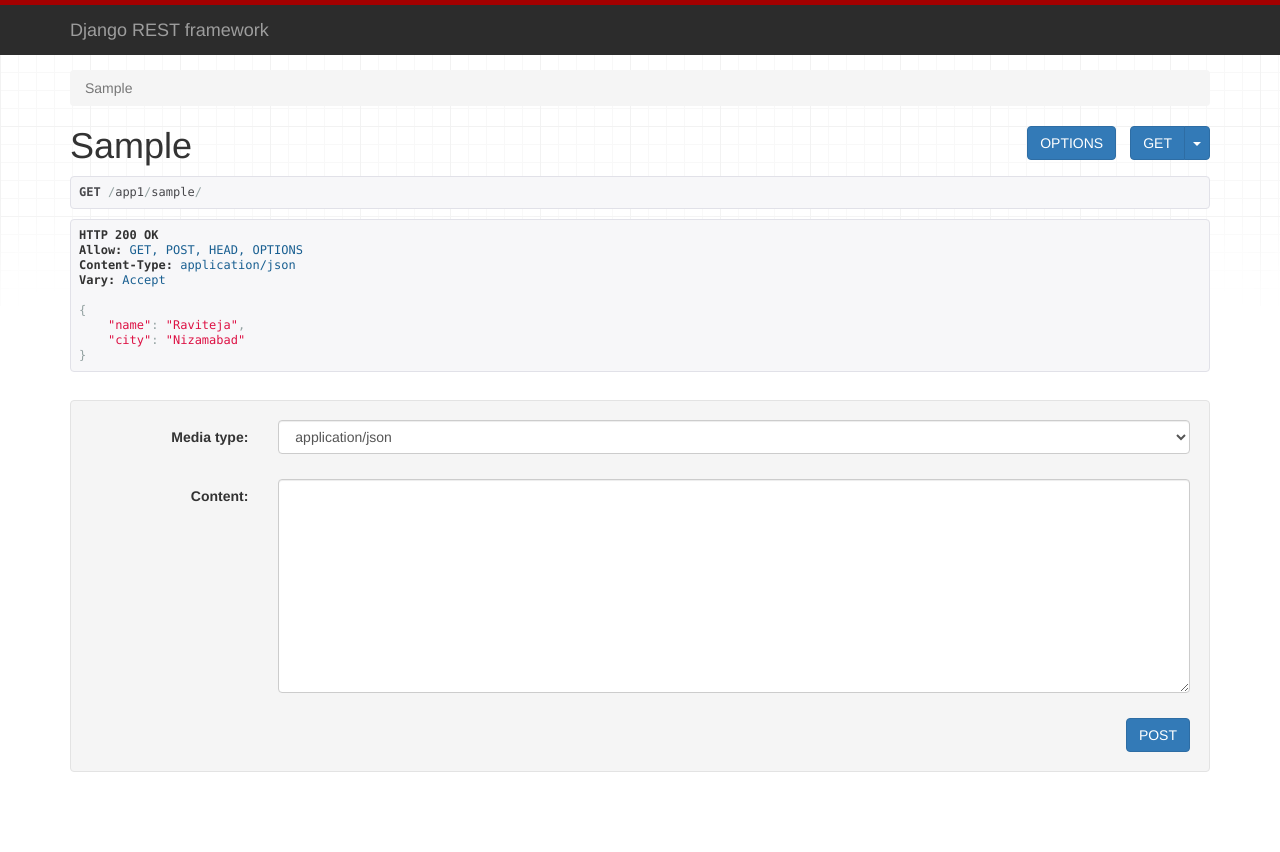
Repository: Raviteja6671/django_drf
Page: http://localhost/app1/sample/
An editor plug-in stored every save of this project. The page is shown before and after a run of saves, followed by the edit.
The browser window is 1280 px wide. The pictures show the whole page.
Backgrounds fixed to the window are drawn as part of the page. The page is served by the project's application, run on Django 5.2 (drf/manage.py).

Above is the page before, as saved 2025-12-27 13:35:30.

After the next 2 saves:
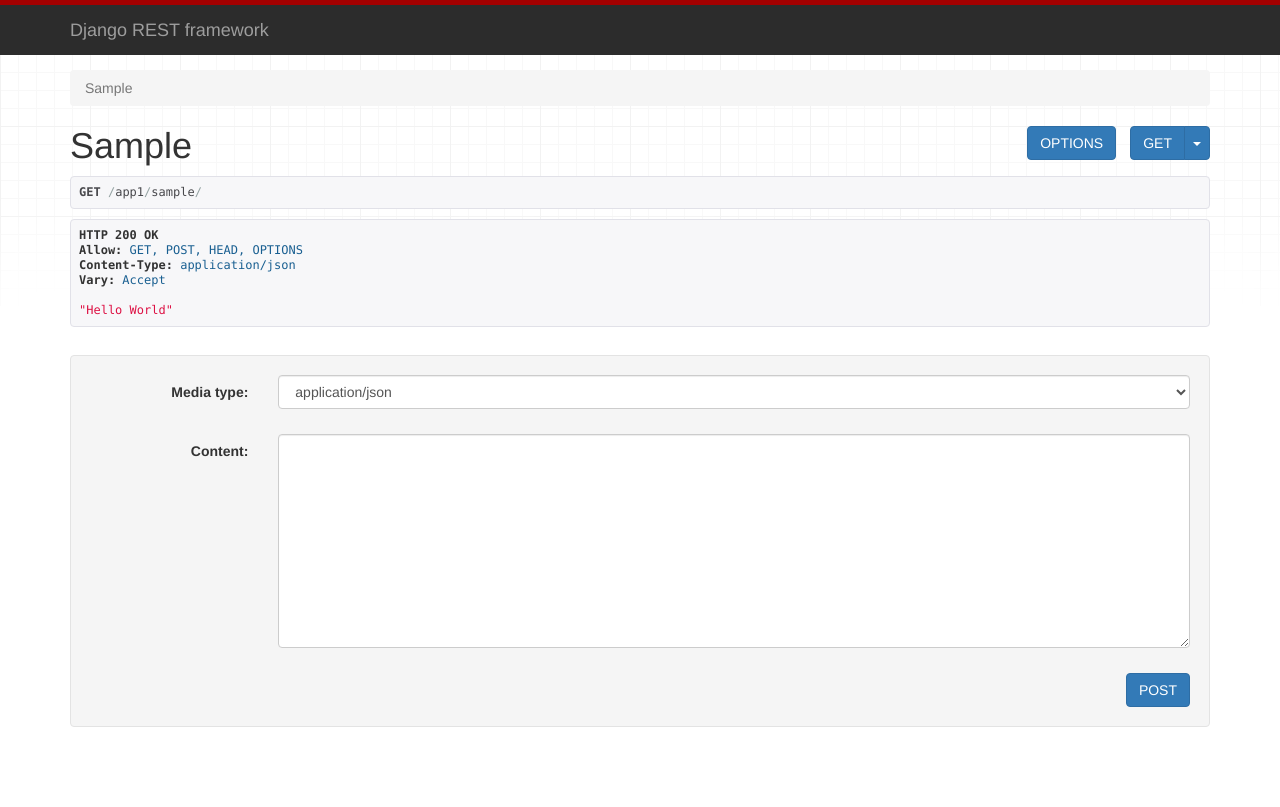
The 2 saves are shown as one change because they came seconds apart.
The last was saved 13 min 9 s later.
--- a/drf/app1/views.py
+++ b/drf/app1/views.py
@@ -13,8 +13,8 @@ from .serializers import SongsSerializer,UsersSerializer
 
 class sample(APIView):
     def get(self,request):
-        info={"name":"Raviteja","city":"Nizamabad"}
-        #info="Hello World"
+        #info={"name":"Raviteja","city":"Nizamabad"}
+        info="Hello World"
         return Response(info)
     def post(self,request):
         pass
